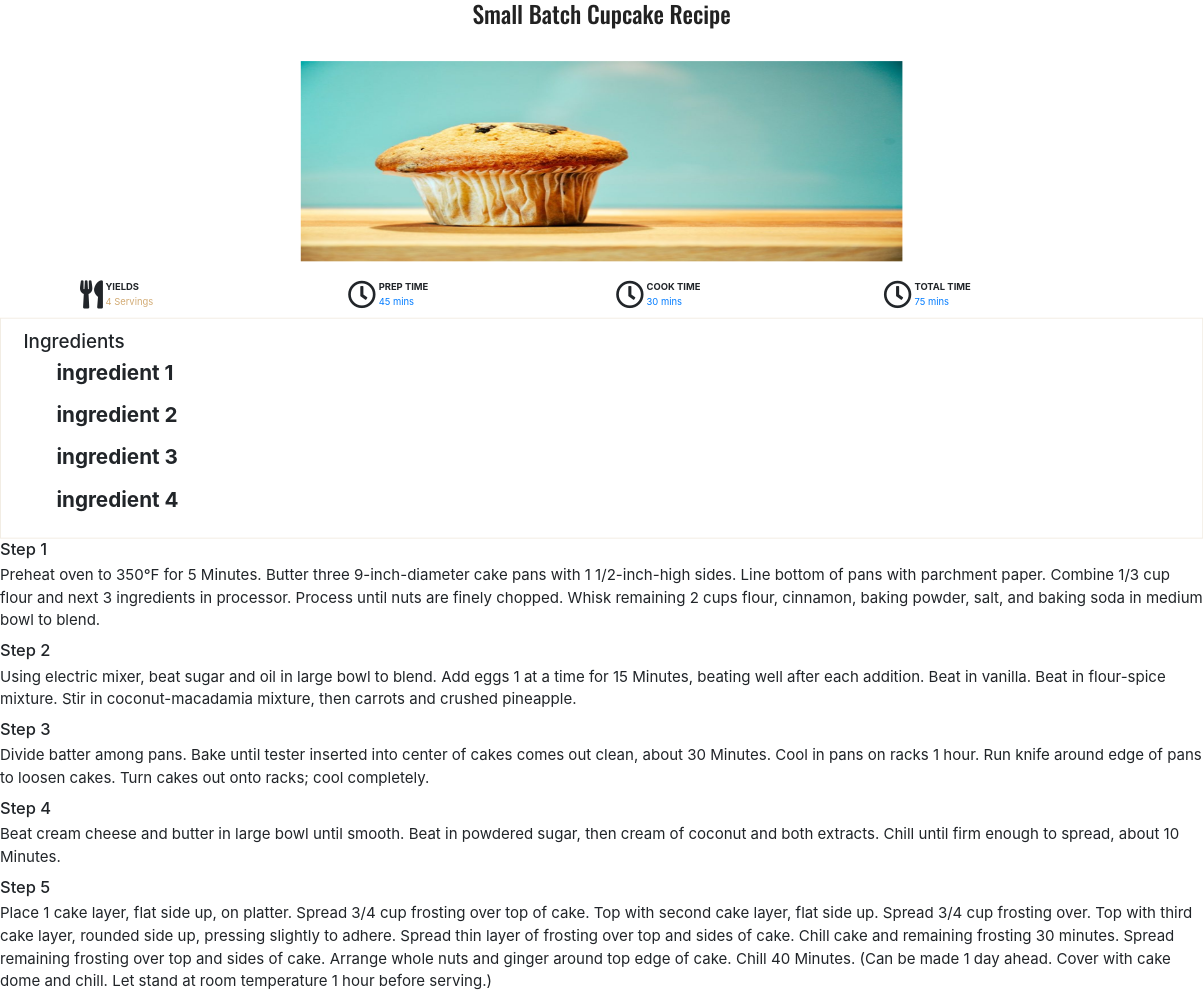
Repository: pauldardis/cookbook
Page: recipe.html
The author's editor kept a record of every edit. The page is drawn from the files as they stood at one moment, then again after the next edit.
The browser window is 1280 px wide. The pictures show the whole page, at 94% of full size.
Some web libraries are served in a nearby version.

Above is the page before.

### recipe.html
<!DOCTYPE html>
<html lang="en">

<head>
    <meta charset="UTF-8">
    <meta name="viewport" content="width=device-width, initial-scale=1.0">
    <meta http-equiv="X-UA-Compatible" content="ie=edge">
    <link rel="stylesheet" href="https://use.fontawesome.com/releases/v5.11.2/css/all.css">
    <link rel="stylesheet" href="https://use.fontawesome.com/releases/v5.11.2/css/v4-shims.css">
    <link rel="stylesheet" href="https://maxcdn.bootstrapcdn.com/bootstrap/3.3.7/css/bootstrap.min.css" type="text/css" />
    <link rel="stylesheet" href="https://maxcdn.bootstrapcdn.com/font-awesome/4.7.0/css/font-awesome.min.css" type="text/css" />
    <link rel="stylesheet" href="https://maxcdn.bootstrapcdn.com/bootstrap/4.2.1/css/bootstrap.min.css" type="text/css">
    <link rel="stylesheet" href="https://cdnjs.cloudflare.com/ajax/libs/hover.css/2.1.1/css/hover-min.css" type="text/css" />
    <link href="https://fonts.googleapis.com/css?family=Oswald:200,300,500,700&display=swap" rel="stylesheet">
    <link rel="stylesheet" href="assits/css/style.css" type="text/css" />

    <title>Document</title>
</head>

<body>



    <div>
        <h1 class="recipe-h1-text">Small Batch Cupcake Recipe</h1>
    </div>

    <div class="recipe-main-image-container">
        <img class="recipe-main-image" src="assits/images/test-recipe-image.jpg" alt="recipe image">
    </div>


    <div class="container">
        <div class="row">
            <section class="col-md-3 recipe-info-container">
                <div class="recipe-icon-container">
                    <i class="fas fa-utensils fa-3x"></i>
                </div>
                <div class="recipe-info-text-container">
                    <div>
                        <strong>YIELDS</strong>
                    </div>
                    <div>
                        <a class="servings" href="#">4 Servings</a>
                    </div>
                </div>
            </section>
            <section class="col-md-3 recipe-info-container">
                <div class="recipe-icon-container">
                    <i class="far fa-clock fa-3x"></i>
                </div>
                <div class="recipe-info-text-container">
                    <div>
                        <strong>PREP TIME</strong>
                    </div>
                    <div>
                        <a href="#">45 mins</a>
                    </div>
                </div>
            </section>
            <section class="col-md-3 recipe-info-container">
                <div class="recipe-icon-container">
                    <i class="far fa-clock fa-3x"></i>
                </div>
                <div class="recipe-info-text-container">
                    <div>
                        <strong>COOK TIME</strong>
                    </div>
                    <div>
                        <a href="#">30 mins</a>
                    </div>
                </div>
            </section>
            <section class="col-md-3 recipe-info-container">
                <div class="recipe-icon-container">
                    <i class="far fa-clock fa-3x"></i>
                </div>
                <div class="recipe-info-text-container">
                    <div>
                        <strong>TOTAL TIME</strong>
                    </div>
                    <div>
                        <a href="#">75 mins</a>
                    </div>
                </div>
            </section>
        </div>
    </div>
    <p></p>
    <p></p>
    <div class="recipe-ingredients-container">
        <div class="recipe-ingredients-heading">
            <h2>Ingredients</h2>
            <div>
                <label class="ingredient_tick_box_container">ingredient 1 <input type="checkbox"><span class="ingredient_tick_box_checkmark"></span></label>
                <label class="ingredient_tick_box_container">ingredient 2 <input type="checkbox"><span class="ingredient_tick_box_checkmark"></span></label>
                <label class="ingredient_tick_box_container">ingredient 3 <input type="checkbox"><span class="ingredient_tick_box_checkmark"></span></label>
                <label class="ingredient_tick_box_container">ingredient 4 <input type="checkbox"><span class="ingredient_tick_box_checkmark"></span></label>
            </div>
        </div>
    </div>

    <div>
        <div>
            <h3>Step 1</h3>
            <p class="recipe_steps_text">Preheat oven to 350°F for 5 Minutes. Butter three 9-inch-diameter cake pans with 1 1/2-inch-high sides. Line bottom of pans with parchment paper. Combine 1/3 cup flour and next 3 ingredients in processor. Process until nuts are finely chopped.
                Whisk remaining 2 cups flour, cinnamon, baking powder, salt, and baking soda in medium bowl to blend.</p>
            <h3>Step 2</h3>
            <p class="recipe_steps_text">Using electric mixer, beat sugar and oil in large bowl to blend. Add eggs 1 at a time for 15 Minutes, beating well after each addition. Beat in vanilla. Beat in flour-spice mixture. Stir in coconut-macadamia mixture, then carrots and crushed
                pineapple.
            </p>
            <h3>Step 3</h3>
            <p class="recipe_steps_text">Divide batter among pans. Bake until tester inserted into center of cakes comes out clean, about 30 Minutes. Cool in pans on racks 1 hour. Run knife around edge of pans to loosen cakes. Turn cakes out onto racks; cool completely.</p>
            <h3>Step 4</h3>
            <p class="recipe_steps_text">Beat cream cheese and butter in large bowl until smooth. Beat in powdered sugar, then cream of coconut and both extracts. Chill until firm enough to spread, about 10 Minutes.</p>
            <h3>Step 5</h3>
            <p class="recipe_steps_text">Place 1 cake layer, flat side up, on platter. Spread 3/4 cup frosting over top of cake. Top with second cake layer, flat side up. Spread 3/4 cup frosting over. Top with third cake layer, rounded side up, pressing slightly to adhere. Spread
                thin layer of frosting over top and sides of cake. Chill cake and remaining frosting 30 minutes. Spread remaining frosting over top and sides of cake. Arrange whole nuts and ginger around top edge of cake. Chill 40 Minutes. (Can be made
                1 day ahead. Cover with cake dome and chill. Let stand at room temperature 1 hour before serving.)</p>
        </div>
    </div>



</body>

</html>

### assits/css/style.css
.recipe-h1-text {
    text-align: center;
    margin-bottom: 1.4em;
    color: #222;
    /*font-size: 2em;*/
    /*line-height: 1.2;*/
    font-weight: 500;
    font-family: 'Oswald', sans-serif;

}

.recipe-main-image-container {
    height: 500;
    width: 300;
    margin-bottom: 20px;
}

.recipe-main-image {
    display: block;
    margin-left: auto;
    margin-right: auto;
    width: 50%;
}

.recipe-info-text-container {
    display: inline-block
}

.recipe-info-container {
    /*border-color: black;*/
    /*border-style: solid;*/
}

.recipe-icon-container {
    display: inline-block;
}

.recipe-info-text-container {
    display: inline-block
}

.servings {
    color: #D2AB74;
}

.recipe-ingredients-container {
    border: 1px solid #f2ece3;
    padding: 12px 24px;
}

.recipe-ingredients-heading {

}








/* Customize the label (the container) */
.ingredient_tick_box_container {
  display: block;
  position: relative;
  padding-left: 35px;
  margin-bottom: 12px;
  cursor: pointer;
  font-size: 22px;
  -webkit-user-select: none;
  -moz-user-select: none;
  -ms-user-select: none;
  user-select: none;
}

/* Hide the browser's default checkbox */
.ingredient_tick_box_container input {
  position: absolute;
  opacity: 0;
  cursor: pointer;
  height: 0;
  width: 0;
}

/* Create a custom checkbox */
.checkmark {
  position: absolute;
  top: 0;
  left: 0;
  height: 25px;
  width: 25px;
  background-color: #eee;
}

/* On mouse-over, add a grey background color */
.ingredient_tick_box_container:hover input ~ .ingredient_tick_box_checkmark {
  background-color: #ccc;
}

/* When the checkbox is checked, add a blue background */
.ingredient_tick_box_container input:checked ~ .ingredient_tick_box_checkmark {
  background-color: #2196F3;
}

/* Create the checkmark/indicator (hidden when not checked) */
.ingredient_tick_box_checkmark:after {
  content: "";
  position: absolute;
  display: none;
}

/* Show the checkmark when checked */
.ingredient_tick_box_container input:checked ~ .ingredient_tick_box_checkmark:after {
  display: block;
}

/* Style the checkmark/indicator */
.ingredient_tick_box_container .ingredient_tick_box_checkmark:after {
  left: 9px;
  top: 5px;
  width: 5px;
  height: 10px;
  border: solid white;
  border-width: 0 3px 3px 0;
  -webkit-transform: rotate(45deg);
  -ms-transform: rotate(45deg);
  transform: rotate(45deg);
}


.recipe_steps_text{
    /*/font-weight: 500;
    font-family: 'Oswald', sans-serif;*/
    font-size: medium;
}

After the next edit:
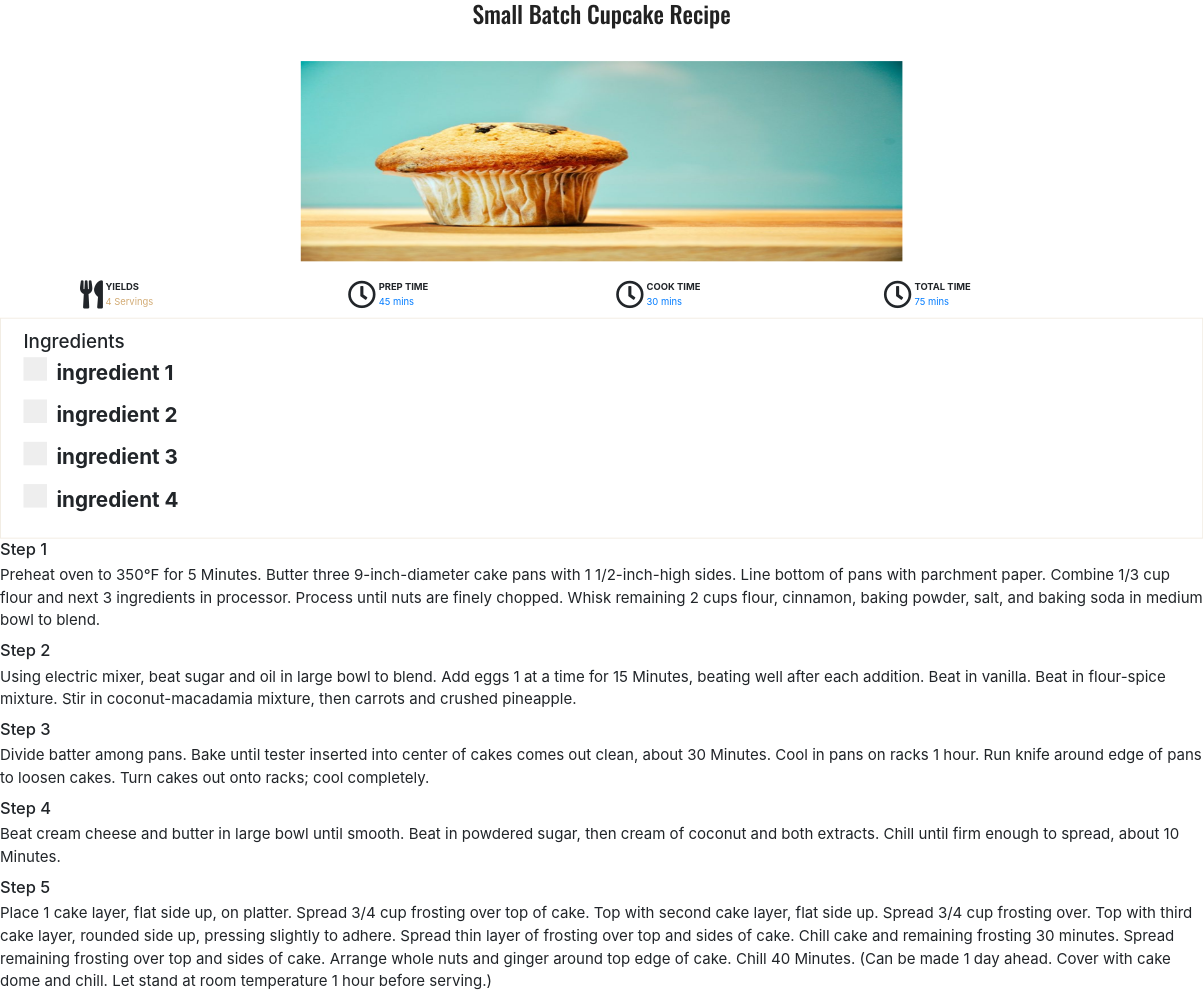
The edit:
--- a/assits/css/style.css
+++ b/assits/css/style.css
@@ -83,7 +83,7 @@
 }
 
 /* Create a custom checkbox */
-.checkmark {
+.ingredient_tick_box_checkmark {
   position: absolute;
   top: 0;
   left: 0;
